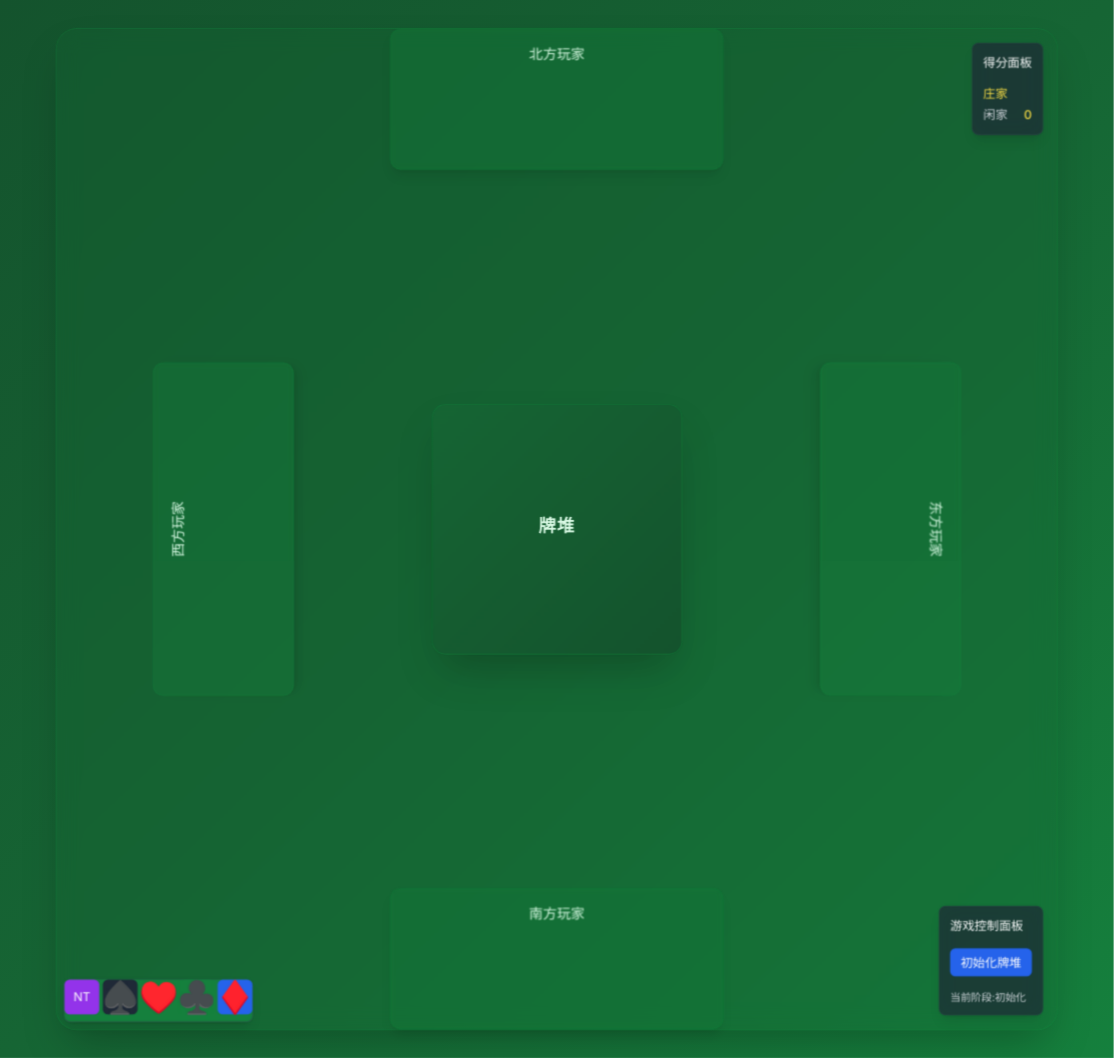
Repository: laofansay/Tractor80
Page: /
The author's editor kept a copy of each file at every save. The page is drawn from the files as they stood at one save, then again after the next save.
The browser window is 1280 px wide. The pictures show the whole page, at 87% of full size.
The project was rebuilt for these pictures with package versions that can differ from the ones it lists, and the page was loaded fresh each time. The framework's server and built-in components were replaced by stand-ins that run in the browser. Also part of the build but not shown: next.config.js, app/components/Card.tsx.

Above is the page before, as saved 2025-03-09 00:25:21.

### app/layout.tsx
import type { Metadata } from 'next'
import { Inter } from 'next/font/google'
import './globals.css'

const inter = Inter({ subsets: ['latin'] })

export const metadata: Metadata = {
  title: 'Card Game',
  description: 'A Next.js Card Game Application',
}

export default function RootLayout({
  children,
}: {
  children: React.ReactNode
}) {
  return (
    <html lang="en">
      <body className={inter.className}>{children}</body>
    </html>
  )
}

### app/globals.css
@tailwind base;
@tailwind components;
@tailwind utilities;

:root {
  --foreground-rgb: 0, 0, 0;
  --background-start-rgb: 214, 219, 220;
  --background-end-rgb: 255, 255, 255;
}

@media (prefers-color-scheme: dark) {
  :root {
    --foreground-rgb: 255, 255, 255;
    --background-start-rgb: 0, 0, 0;
    --background-end-rgb: 0, 0, 0;
  }
}

body {
  color: rgb(var(--foreground-rgb));
  background: linear-gradient(
    to bottom,
    transparent,
    rgb(var(--background-end-rgb))
  )
  rgb(var(--background-start-rgb));
}

### app/components/AdminPanel.tsx
'use client';

import { useState } from 'react';
import { Card } from './Card';

type GamePhase = 'initial' | 'dealing' | 'trumpSelection' | 'pickBottomCards' | 'bottomCards' | 'playing';
type Position = 'north' | 'east' | 'south' | 'west';

type AdminPanelProps = {
    onInitialize: () => void;
    onDeal: () => void;
    onPickBottomCards: () => void;
    onBottomCards: () => void;
    onStartPlaying: () => void;
    gamePhase: GamePhase;
    deckLength: number;
    bottomCardsLength: number;
    lastRound?: Record<Position, string[]>;
    roundCount?: number;
};

export function AdminPanel({
    onInitialize,
    onDeal,
    onPickBottomCards,
    onBottomCards,
    onStartPlaying,
    gamePhase,
    deckLength,
    bottomCardsLength,
    lastRound = { north: [], east: [], south: [], west: [] },
    roundCount = 0
}: AdminPanelProps) {

    return (
        <div className="absolute bottom-4 right-4 p-3 bg-gray-800/70 rounded-lg backdrop-blur-md border border-gray-700/50 shadow-lg">
            <div className="flex flex-col gap-2">
                <div className="text-white text-sm mb-2 font-medium">游戏控制面板</div>

                {(gamePhase === 'initial' || gamePhase === 'playing') && (
                    <button
                        onClick={onInitialize}
                        className="px-3 py-1.5 bg-blue-600 hover:bg-blue-500 text-white rounded-md transition-colors text-sm"
                    >
                        {gamePhase === 'playing' ? '重新开始' : '初始化牌堆'}
                    </button>
                )}

                {gamePhase === 'initial' && deckLength > 0 && (
                    <button
                        onClick={onDeal}
                        className="px-3 py-1.5 bg-green-600 hover:bg-green-500 text-white rounded-md transition-colors text-sm"
                    >
                        开始发牌
                    </button>
                )}

                {gamePhase === 'pickBottomCards' && (
                    <button
                        onClick={onPickBottomCards}
                        className="px-3 py-1.5 bg-yellow-600 hover:bg-yellow-500 text-white rounded-md transition-colors text-sm"
                    >
                        庄家拾底
                    </button>
                )}

                {gamePhase === 'bottomCards' && (
                    <button
                        onClick={onBottomCards}
                        className="px-3 py-1.5 bg-yellow-600 hover:bg-yellow-500 text-white rounded-md transition-colors text-sm"
                    >
                        庄家扣底
                    </button>
                )}

                {gamePhase === 'bottomCards' && (
                    <button
                        onClick={onStartPlaying}
                        className="px-3 py-1.5 bg-red-600 hover:bg-red-500 text-white rounded-md transition-colors text-sm"
                    >
                        开始出牌
                    </button>
                )}

                <div className="text-gray-300 text-xs mt-2">
                    当前阶段:
                    {gamePhase === 'initial' && '初始化'}
                    {gamePhase === 'dealing' && '发牌中'}
                    {gamePhase === 'trumpSelection' && '亮主阶段'}
                    {gamePhase === 'pickBottomCards' && '庄家拾底'}
                    {gamePhase === 'bottomCards' && '庄家扣底'}
                    {gamePhase === 'playing' && '出牌阶段'}
                </div>
            </div>
        </div>
    );
}

### app/components/SoundEffect.tsx
'use client';

import { audioManager } from './AudioManager';

export class SoundEffect {
    static #instance;

    constructor() {
        // 私有构造函数，确保单例模式
    }

    public static getInstance(): SoundEffect {
        if (!SoundEffect.#instance) {
            SoundEffect.#instance = new SoundEffect();
        }
        return SoundEffect.#instance;
    }

    /**
     * 预加载音效
     * @param soundId 音效ID
     * @param soundPath 音效文件路径
     * @param fallbackSoundPath 备用音效路径（可选）
     */
    public preloadSound(soundId: string, soundPath: string, fallbackSoundPath?: string): void {
        if (typeof window === 'undefined') return; // 服务器端不执行

        // 使用AudioManager来处理音频加载
        audioManager.preloadSound(soundId, soundPath, fallbackSoundPath);
    }

    /**
     * 播放音效
     * @param soundId 音效ID
     * @returns 是否成功播放
     */
    public playSound(soundId: string): boolean {
        if (typeof window === 'undefined') return false; // 服务器端不执行

        // 使用AudioManager来处理音频播放
        return audioManager.playSound(soundId);
    }

    /**
     * 停止播放音效
     * @param soundId 音效ID
     */
    public stopSound(soundId: string): void {
        if (typeof window === 'undefined') return; // 服务器端不执行

        // 使用AudioManager来处理音频停止
        audioManager.stopSound(soundId);
    }

    /**
     * 检查音效是否已加载并可以播放
     * @param soundId 音效ID
     * @returns 是否可以播放
     */
    public canPlaySound(soundId: string): boolean {
        if (typeof window === 'undefined') return false; // 服务器端不执行

        // 使用AudioManager来检查音频是否可以播放
        return audioManager.canPlaySound(soundId);
    }

    /**
     * 启用或禁用所有音效
     * @param enabled 是否启用音效
     */
    public setAudioEnabled(enabled: boolean): void {
        audioManager.setAudioEnabled(enabled);
    }

    /**
     * 获取音效是否启用
     * @returns 音效是否启用
     */
    public isAudioEnabled(): boolean {
        return audioManager.isAudioEnabled();
    }
}

// 导出单例实例
export const soundEffect = SoundEffect.getInstance();

### app/components/ScorePanel.tsx
import React from 'react';

interface ScorePanelProps {
  scores: {
    north: number;
    east: number;
    south: number;
    west: number;
  };
  dealerPosition: Position;
}

type Position = 'north' | 'east' | 'south' | 'west';

export function ScorePanel({ scores, dealerPosition }: ScorePanelProps) {
  // 计算庄家和闲家的总分
  const dealerScore = scores[dealerPosition];
  const nonDealerScore = Object.entries(scores)
    .filter(([position]) => position !== dealerPosition)
    .reduce((total, [_, score]) => total + score, 0);

  return (
    <div className="absolute top-4 right-4 p-3 bg-gray-800/70 rounded-lg backdrop-blur-md border border-gray-700/50 shadow-lg">
      <div className="flex flex-col gap-2">
        <div className="text-white text-sm mb-2 font-medium">得分面板</div>
        <div className="space-y-1">
          <div className="flex justify-between text-sm">
            <span className="text-yellow-300">庄家</span>
            <span className="text-yellow-300 font-medium ml-4">{dealerScore}</span>
          </div>
          <div className="flex justify-between text-sm">
            <span className="text-gray-300">闲家</span>
            <span className="text-yellow-300 font-medium ml-4">{nonDealerScore}</span>
          </div>
        </div>
      </div>
    </div>
  );
}

### app/components/TrumpSelectionPanel.tsx
'use client';

import React from 'react';

type TrumpSelectionPanelProps = {
  onSelectTrump: (trumpSuit: string | null) => void;
  gamePhase: string;
};

export function TrumpSelectionPanel({ onSelectTrump, gamePhase }: TrumpSelectionPanelProps) {
  // 只在亮主阶段显示
  if (gamePhase !== 'trumpSelection') {
    //return null;
  }

  return (
    <div className="absolute bottom-2 left-2 pb-2 bg-green-700 hover:bg-green-600 rounded-lg backdrop-blur-md border border-gray-700/50 shadow-lg">
      <div className="flex flex-row gap-1">
        <button
          onClick={() => onSelectTrump(null)}
          className="w-10 h-10 bg-purple-600 hover:bg-purple-500 text-white rounded-md transition-colors text-sm flex items-center justify-center"
          title="无主"
        >
          NT
        </button>
        <button
          onClick={() => onSelectTrump('S')}
          className="w-10 h-10 bg-gray-800 hover:bg-gray-700 text-white rounded-md transition-colors text-4xl flex items-center justify-center"
          title="黑桃"
        >
          ♠️
        </button>
        <button
          onClick={() => onSelectTrump('H')}
          className="w-10 h-10 hover:bg-red-500 text-white rounded-md transition-colors text-4xl flex items-center justify-center"
          title="红桃"
        >
          ♥️
        </button>
        <button
          onClick={() => onSelectTrump('C')}
          className="w-10 h-10 bg-green-700 hover:bg-green-600 text-white rounded-md transition-colors text-4xl flex items-center justify-center"
          title="梅花"
        >
          ♣️
        </button>
        <button
          onClick={() => onSelectTrump('D')}
          className="w-10 h-10 bg-blue-600 hover:bg-blue-500 text-white rounded-md transition-colors text-4xl flex items-center justify-center"
          title="方块"
        >
          ♦️
        </button>
      </div>
    </div>
  );
}

### app/components/AudioManager.tsx
'use client';

/**
 * 音频管理器类
 * 提供音效加载、播放和错误处理功能
 */
export class AudioManager {
  private static instance: AudioManager;
  private audioElements: Map<string, HTMLAudioElement> = new Map();
  private fallbackMode: boolean = false;
  private audioEnabled: boolean = true;

  private constructor() {
    // 私有构造函数，确保单例模式
    this.checkAudioSupport();
  }

  public static getInstance(): AudioManager {
    if (!AudioManager.instance) {
      AudioManager.instance = new AudioManager();
    }
    return AudioManager.instance;
  }

  /**
   * 检查浏览器是否支持音频
   */
  private checkAudioSupport(): void {
    if (typeof window === 'undefined') return;

    try {
      const audio = new Audio();
      this.audioEnabled = !!audio && typeof audio.play === 'function';
      if (!this.audioEnabled) {
        console.warn('当前环境不支持音频播放');
      }
    } catch (error) {
      console.error('检查音频支持时出错:', error);
      this.audioEnabled = false;
    }
  }

  /**
   * 预加载音效
   * @param soundId 音效ID
   * @param soundPath 音效文件路径
   * @param fallbackSoundPath 备用音效路径（可选）
   */
  public preloadSound(soundId: string, soundPath: string, fallbackSoundPath?: string): void {
    if (typeof window === 'undefined' || !this.audioEnabled) return;

    if (!this.audioElements.has(soundId)) {
      try {
        // 确保路径正确，添加基础URL前缀
        const fullPath = soundPath.startsWith('/') ? soundPath : `/${soundPath}`;
        const baseUrl = window.location.origin;
        const absolutePath = new URL(fullPath, baseUrl).toString();

        const audio = new Audio();
        audio.preload = 'auto';

        // 添加加载错误处理
        audio.addEventListener('error', (e) => {
          const errorDetails = {
            code: audio.error?.code,
            message: audio.error?.message,
            path: absolutePath
          };
          console.error(`音效 ${soundId} 加载失败:`, errorDetails);

          // 尝试加载备用音效
          if (fallbackSoundPath && !this.fallbackMode) {
            console.log(`尝试加载备用音效: ${fallbackSoundPath}`);
            this.fallbackMode = true;
            this.preloadSound(soundId, fallbackSoundPath);
          }
        });

        // 添加加载成功处理
        audio.addEventListener('canplaythrough', () => {
          console.log(`音效 ${soundId} 加载成功，可以播放`);
        });

        // 设置音频源
        audio.src = absolutePath;

        this.audioElements.set(soundId, audio);
      } catch (error) {
        console.error(`音效 ${soundId} 初始化失败:`, error);
      }
    }
  }

  /**
   * 播放音效
   * @param soundId 音效ID
   * @returns 是否成功播放
   */
  public playSound(soundId: string): boolean {
    if (typeof window === 'undefined' || !this.audioEnabled) return false;

    const audio = this.audioElements.get(soundId);
    if (audio) {
      // 检查音频是否已加载并可以播放
      if (audio.error) {
        console.error(`音效 ${soundId} 无法播放，加载失败:`, audio.error);
        return false;
      }

      // 检查音频是否已经加载足够的数据可以播放
      if (audio.readyState < 2) { // HAVE_CURRENT_DATA or higher
        console.warn(`音效 ${soundId} 尚未加载完成，无法播放`);
        return false;
      }

      try {
        // 重置音频以便重复播放
        audio.currentTime = 0;
        const playPromise = audio.play();

        if (playPromise !== undefined) {
          playPromise.catch(error => {
            console.error(`播放音效 ${soundId} 失败:`, error);
          });
        }
        return true;
      } catch (error) {
        console.error(`播放音效 ${soundId} 时出错:`, error);
        return false;
      }
    } else {
      console.warn(`音效 ${soundId} 未预加载`);
      return false;
    }
  }

  /**
   * 停止播放音效
   * @param soundId 音效ID
   */
  public stopSound(soundId: string): void {
    if (typeof window === 'undefined' || !this.audioEnabled) return;

    const audio = this.audioElements.get(soundId);
    if (audio) {
      try {
        audio.pause();
        audio.currentTime = 0;
      } catch (error) {
        console.error(`停止音效 ${soundId} 时出错:`, error);
      }
    }
  }

  /**
   * 检查音效是否已加载并可以播放
   * @param soundId 音效ID
   * @returns 是否可以播放
   */
  public canPlaySound(soundId: string): boolean {
    if (typeof window === 'undefined' || !this.audioEnabled) return false;

    const audio = this.audioElements.get(soundId);
    if (!audio) return false;

    // 检查音频元素是否有错误
    if (audio.error) return false;

    // 检查音频是否已经加载足够的数据可以播放
    return audio.readyState >= 2; // HAVE_CURRENT_DATA or higher
  }

  /**
   * 启用或禁用所有音效
   * @param enabled 是否启用音效
   */
  public setAudioEnabled(enabled: boolean): void {
    this.audioEnabled = enabled;
  }

  /**
   * 获取音效是否启用
   * @returns 音效是否启用
   */
  public isAudioEnabled(): boolean {
    return this.audioEnabled;
  }

  /**
   * 创建一个简单的音效（用于在无法加载外部音效时使用）
   * @param frequency 频率（赫兹）
   * @param duration 持续时间（毫秒）
   * @param volume 音量（0-1）
   * @returns 音频元素
   */
  public createToneSound(frequency: number = 440, duration: number = 200, volume: number = 0.5): HTMLAudioElement | null {
    if (typeof window === 'undefined' || !this.audioEnabled) return null;

    try {
      // 检查是否支持Web Audio API
      if (!window.AudioContext && !(window as any).webkitAudioContext) {
        console.warn('当前浏览器不支持Web Audio API');
        return null;
      }

      const AudioContext = window.AudioContext || (window as any).webkitAudioContext;
      const audioCtx = new AudioContext();

      // 创建振荡器
      const oscillator = audioCtx.createOscillator();
      oscillator.type = 'sine';
      oscillator.frequency.setValueAtTime(frequency, audioCtx.currentTime);

      // 创建音量控制
      const gainNode = audioCtx.createGain();
      gainNode.gain.setValueAtTime(volume, audioCtx.currentTime);

      // 连接节点
      oscillator.connect(gainNode);
      gainNode.connect(audioCtx.destination);

      // 创建音频元素
      const audio = new Audio();

      // 开始振荡
      oscillator.start();

      // 设置定时器停止振荡
      setTimeout(() => {
        oscillator.stop();
        audioCtx.close();
      }, duration);

      return audio;
    } catch (error) {
      console.error('创建音效失败:', error);
      return null;
    }
  }
}

// 导出单例实例
export const audioManager = AudioManager.getInstance();

Loaded but not shown: tailwind.config.js (19 lines, source omitted); app/page.tsx (581 lines, source omitted); app/components/CardArea.tsx (205 lines, source omitted)

After the next save:
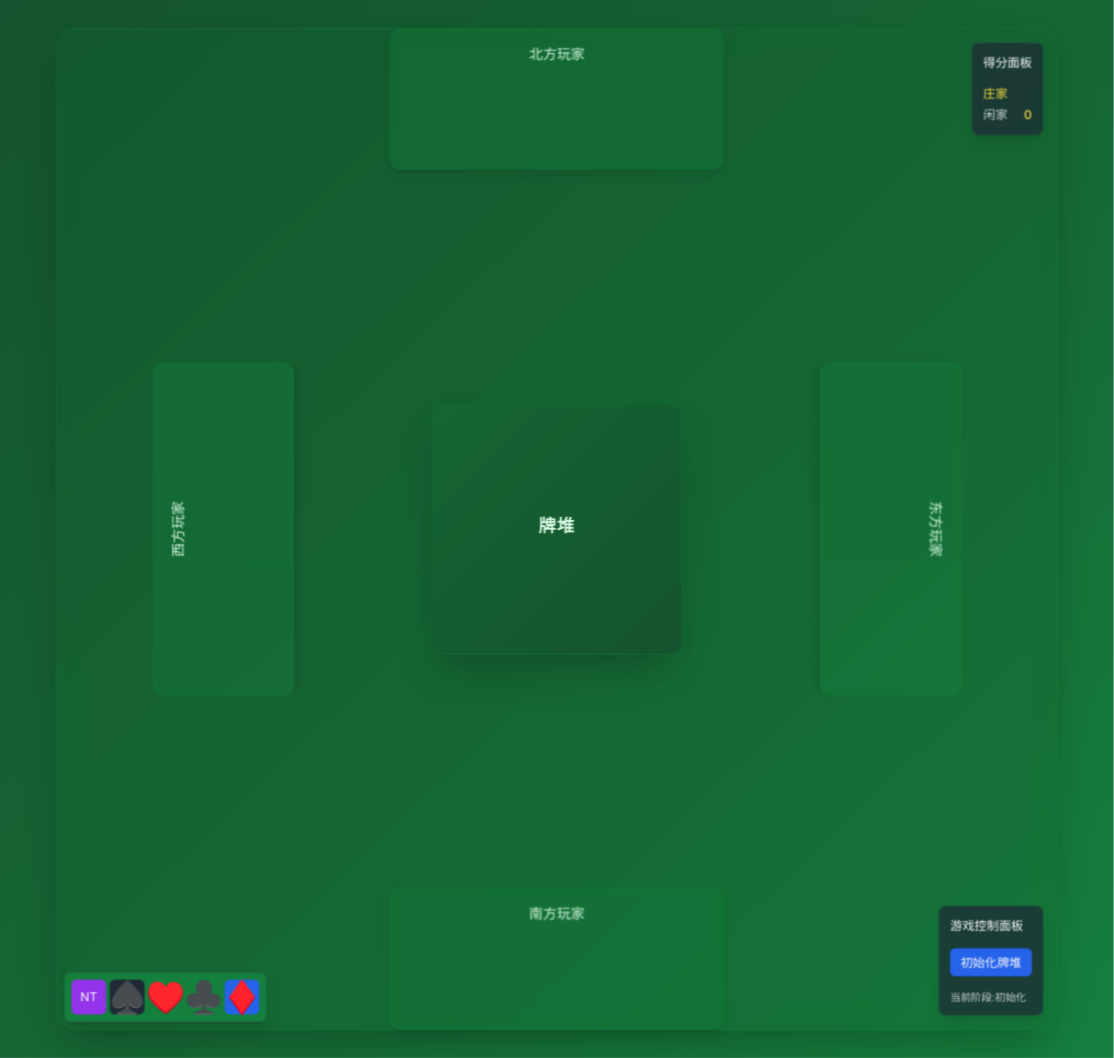
Saved 13 s later.
--- a/app/components/TrumpSelectionPanel.tsx
+++ b/app/components/TrumpSelectionPanel.tsx
@@ -14,7 +14,7 @@ export function TrumpSelectionPanel({ onSelectTrump, gamePhase }: TrumpSelection
   }
 
   return (
-    <div className="absolute bottom-2 left-2 pb-2 bg-green-700 hover:bg-green-600 rounded-lg backdrop-blur-md border border-gray-700/50 shadow-lg">
+    <div className="absolute bottom-2 left-2 p-2 bg-green-700 hover:bg-green-600 rounded-lg backdrop-blur-md border border-gray-700/50 shadow-lg">
       <div className="flex flex-row gap-1">
         <button
           onClick={() => onSelectTrump(null)}
